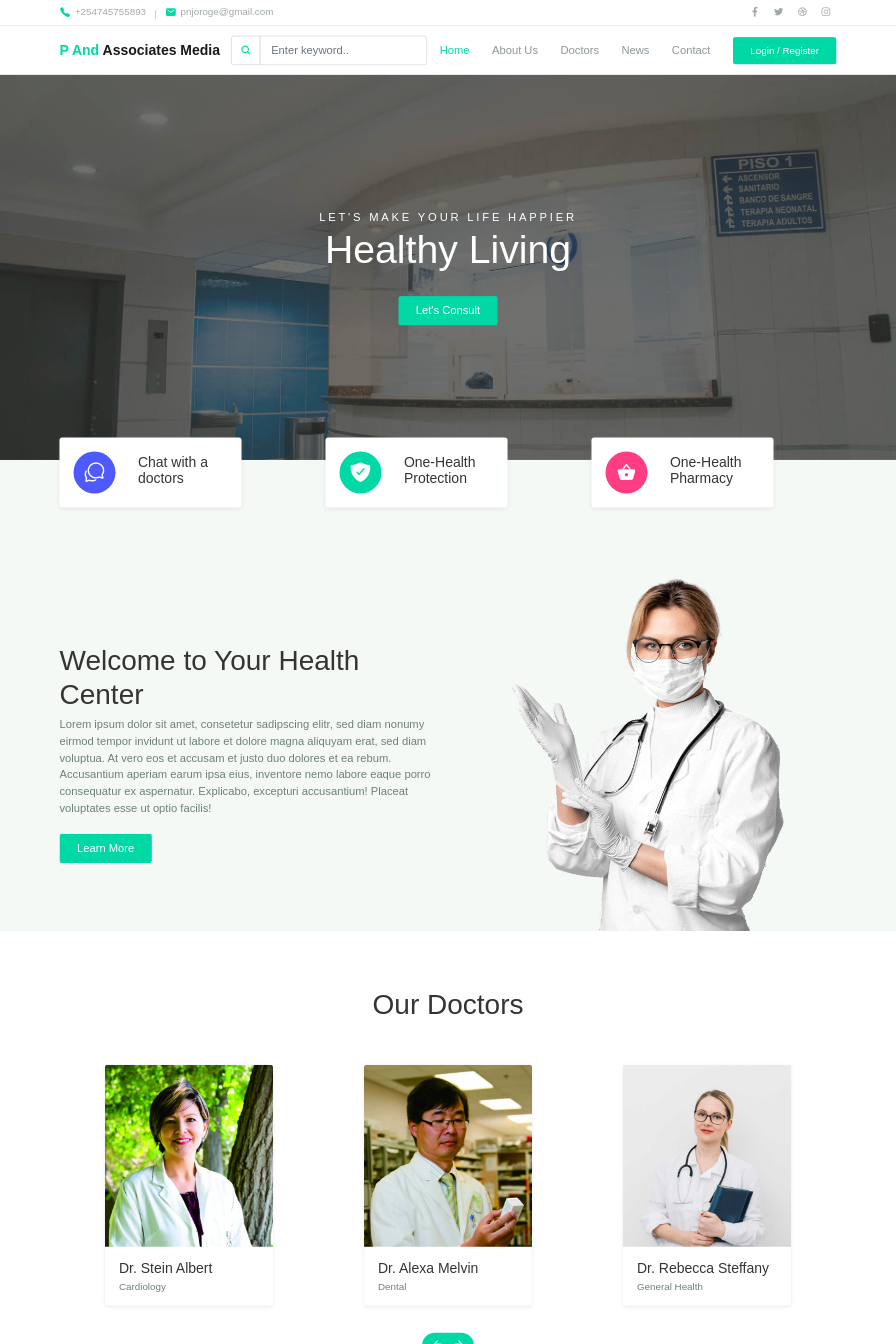
Repository: profbkmurage/myWeb
Page: html/index.html
These files come from the project's save history. The page is drawn as it stood at one moment and after the next save; the edit follows.
The browser window is 1280 px wide. The pictures show the part of the page from y = 0 to 1920 px (the page is 4153 px tall), at 70% of full size.

Above is the page before, as saved 2023-12-10 15:49:22.

### html/index.html
<!DOCTYPE html>
<html lang="en">
<head>
  <meta charset="UTF-8">
  <meta name="viewport" content="width=device-width, initial-scale=1.0">

  <meta http-equiv="X-UA-Compatible" content="ie=edge">

  <title>M&M Website</title>

  <link rel="stylesheet" href="../assets/css/maicons.css">

  <link rel="stylesheet" href="../assets/css/bootstrap.css">

  <link rel="stylesheet" href="../assets/vendor/owl-carousel/css/owl.carousel.css">

  <link rel="stylesheet" href="../assets/vendor/animate/animate.css">

  <link rel="stylesheet" href="../assets/css/theme.css">
</head>
<body>

  <!-- Back to top button -->
  <div class="back-to-top"></div>

  <header>
    <div class="topbar">
      <div class="container">
        <div class="row">
          <div class="col-sm-8 text-sm">
            <div class="site-info">
              <a href="tel:0745755893" ><span class="mai-call text-primary"></span> +254745755893</a>
              <span class="divider">|</span>
              <a href="#"><span class="mai-mail text-primary"></span> pnjoroge@gmail.com</a>
            </div>
          </div>
          <div class="col-sm-4 text-right text-sm">
            <div class="social-mini-button">
              <a href="#"><span class="mai-logo-facebook-f"></span></a>
              <a href="#"><span class="mai-logo-twitter"></span></a>
              <a href="#"><span class="mai-logo-dribbble"></span></a>
              <a href="#"><span class="mai-logo-instagram"></span></a>
            </div>
          </div>
        </div> <!-- .row -->
      </div> <!-- .container -->
    </div> <!-- .topbar -->

    <nav class="navbar navbar-expand-lg navbar-light shadow-sm">
      <div class="container">
        <a class="navbar-brand" href="#"><span class="text-primary">P And</span> Associates Media</a>

        <form action="#">
          <div class="input-group input-navbar">
            <div class="input-group-prepend">
              <span class="input-group-text" id="icon-addon1"><span class="mai-search"></span></span>
            </div>
            <input type="text" class="form-control" placeholder="Enter keyword.." aria-label="Username" aria-describedby="icon-addon1">
          </div>
        </form>

        <button class="navbar-toggler" type="button" data-toggle="collapse" data-target="#navbarSupport" aria-controls="navbarSupport" aria-expanded="false" aria-label="Toggle navigation">
          <span class="navbar-toggler-icon"></span>
        </button>

        <div class="collapse navbar-collapse" id="navbarSupport">
          <ul class="navbar-nav ml-auto">
            <li class="nav-item active">
              <a class="nav-link" href="index.html">Home</a>
            </li>
            <li class="nav-item">
              <a class="nav-link" href="about.html">About Us</a>
            </li>
            <li class="nav-item">
              <a class="nav-link" href="doctors.html">Doctors</a>
            </li>
            <li class="nav-item">
              <a class="nav-link" href="blog.html">News</a>
            </li>
            <li class="nav-item">
              <a class="nav-link" href="contact.html">Contact</a>
            </li>
            <li class="nav-item">
              <a class="btn btn-primary ml-lg-3" href="#">Login / Register</a>
            </li>
          </ul>
        </div> <!-- .navbar-collapse -->
      </div> <!-- .container -->
    </nav>
  </header>

  <div class="page-hero bg-image overlay-dark" style="background-image: url(../assets/img/bg_image_1.jpg);">
    <div class="hero-section">
      <div class="container text-center wow zoomIn">
        <span class="subhead">Let's make your life happier</span>
        <h1 class="display-4">Healthy Living</h1>
        <a href="#" class="btn btn-primary">Let's Consult</a>
      </div>
    </div>
  </div>


  <div class="bg-light">
    <div class="page-section py-3 mt-md-n5 custom-index">
      <div class="container">
        <div class="row justify-content-center">
          <div class="col-md-4 py-3 py-md-0">
            <div class="card-service wow fadeInUp">
              <div class="circle-shape bg-secondary text-white">
                <span class="mai-chatbubbles-outline"></span>
              </div>
              <p><span>Chat</span> with a doctors</p>
            </div>
          </div>
          <div class="col-md-4 py-3 py-md-0">
            <div class="card-service wow fadeInUp">
              <div class="circle-shape bg-primary text-white">
                <span class="mai-shield-checkmark"></span>
              </div>
              <p><span>One</span>-Health Protection</p>
            </div>
          </div>
          <div class="col-md-4 py-3 py-md-0">
            <div class="card-service wow fadeInUp">
              <div class="circle-shape bg-accent text-white">
                <span class="mai-basket"></span>
              </div>
              <p><span>One</span>-Health Pharmacy</p>
            </div>
          </div>
        </div>
      </div>
    </div> <!-- .page-section -->

    <div class="page-section pb-0">
      <div class="container">
        <div class="row align-items-center">
          <div class="col-lg-6 py-3 wow fadeInUp">
            <h1>Welcome to Your Health <br> Center</h1>
            <p class="text-grey mb-4">Lorem ipsum dolor sit amet, consetetur sadipscing elitr, sed diam nonumy eirmod tempor invidunt ut labore et dolore magna aliquyam erat, sed diam voluptua. At vero eos et accusam et justo duo dolores et ea rebum. Accusantium aperiam earum ipsa eius, inventore nemo labore eaque porro consequatur ex aspernatur. Explicabo, excepturi accusantium! Placeat voluptates esse ut optio facilis!</p>
            <a href="about.html" class="btn btn-primary">Learn More</a>
          </div>
          <div class="col-lg-6 wow fadeInRight" data-wow-delay="400ms">
            <div class="img-place custom-img-1">
              <img src="../assets/img/bg-doctor.png" alt="">
            </div>
          </div>
        </div>
      </div>
    </div> <!-- .bg-light -->
  </div> <!-- .bg-light -->

  <div class="page-section">
    <div class="container">
      <h1 class="text-center mb-5 wow fadeInUp">Our Doctors</h1>

      <div class="owl-carousel wow fadeInUp" id="doctorSlideshow">
        <div class="item">
          <div class="card-doctor">
            <div class="header">
              <img src="../assets/img/doctors/doctor_1.jpg" alt="">
              <div class="meta">
                <a href="#"><span class="mai-call"></span></a>
                <a href="#"><span class="mai-logo-whatsapp"></span></a>
              </div>
            </div>
            <div class="body">
              <p class="text-xl mb-0">Dr. Stein Albert</p>
              <span class="text-sm text-grey">Cardiology</span>
            </div>
          </div>
        </div>
        <div class="item">
          <div class="card-doctor">
            <div class="header">
              <img src="../assets/img/doctors/doctor_2.jpg" alt="">
              <div class="meta">
                <a href="#"><span class="mai-call"></span></a>
                <a href="#"><span class="mai-logo-whatsapp"></span></a>
              </div>
            </div>
            <div class="body">
              <p class="text-xl mb-0">Dr. Alexa Melvin</p>
              <span class="text-sm text-grey">Dental</span>
            </div>
          </div>
        </div>
        <div class="item">
          <div class="card-doctor">
            <div class="header">
              <img src="../assets/img/doctors/doctor_3.jpg" alt="">
              <div class="meta">
                <a href="#"><span class="mai-call"></span></a>
                <a href="#"><span class="mai-logo-whatsapp"></span></a>
              </div>
            </div>
            <div class="body">
              <p class="text-xl mb-0">Dr. Rebecca Steffany</p>
              <span class="text-sm text-grey">General Health</span>
            </div>
          </div>
        </div>
        <div class="item">
          <div class="card-doctor">
            <div class="header">
              <img src="../assets/img/doctors/doctor_3.jpg" alt="">
              <div class="meta">
                <a href="#"><span class="mai-call"></span></a>
                <a href="#"><span class="mai-logo-whatsapp"></span></a>
              </div>
            </div>
            <div class="body">
              <p class="text-xl mb-0">Dr. Rebecca Steffany</p>
              <span class="text-sm text-grey">General Health</span>
            </div>
          </div>
        </div>
        <div class="item">
          <div class="card-doctor">
            <div class="header">
              <img src="../assets/img/doctors/doctor_3.jpg" alt="">
              <div class="meta">
                <a href="#"><span class="mai-call"></span></a>
                <a href="#"><span class="mai-logo-whatsapp"></span></a>
              </div>
            </div>
            <div class="body">
              <p class="text-xl mb-0">Dr. Rebecca Steffany</p>
              <span class="text-sm text-grey">General Health</span>
            </div>
          </div>
        </div>
      </div>
    </div>
  </div>

  <div class="page-section bg-light">
    <div class="container">
      <h1 class="text-center wow fadeInUp">Latest News</h1>
      <div class="row mt-5">
        <div class="col-lg-4 py-2 wow zoomIn">
          <div class="card-blog">
            <div class="header">
              <div class="post-category">
                <a href="#">Covid19</a>
              </div>
              <a href="blog-details.html" class="post-thumb">
                <img src="../assets/img/blog/blog_1.jpg" alt="">
              </a>
            </div>
            <div class="body">
              <h5 class="post-title"><a href="blog-details.html">List of Countries without Coronavirus case</a></h5>
              <div class="site-info">
                <div class="avatar mr-2">
                  <div class="avatar-img">
                    <img src="../assets/img/person/person_1.jpg" alt="">
                  </div>
                  <span>Roger Adams</span>
                </div>
                <span class="mai-time"></span> 1 week ago
              </div>
            </div>
          </div>
        </div>
        <div class="col-lg-4 py-2 wow zoomIn">
          <div class="card-blog">
            <div class="header">
              <div class="post-category">
                <a href="#">Covid19</a>
              </div>
              <a href="blog-details.html" class="post-thumb">
                <img src="../assets/img/blog/blog_2.jpg" alt="">
              </a>
            </div>
            <div class="body">
              <h5 class="post-title"><a href="blog-details.html">Recovery Room: News beyond the pandemic</a></h5>
              <div class="site-info">
                <div class="avatar mr-2">
                  <div class="avatar-img">
                    <img src="../assets/img/person/person_1.jpg" alt="">
                  </div>
                  <span>Roger Adams</span>
                </div>
                <span class="mai-time"></span> 4 weeks ago
              </div>
            </div>
          </div>
        </div>
        <div class="col-lg-4 py-2 wow zoomIn">
          <div class="card-blog">
            <div class="header">
              <div class="post-category">
                <a href="#">Covid19</a>
              </div>
              <a href="blog-details.html" class="post-thumb">
                <img src="../assets/img/blog/blog_3.jpg" alt="">
              </a>
            </div>
            <div class="body">
              <h5 class="post-title"><a href="blog-details.html">What is the impact of eating too much sugar?</a></h5>
              <div class="site-info">
                <div class="avatar mr-2">
                  <div class="avatar-img">
                    <img src="../assets/img/person/person_2.jpg" alt="">
                  </div>
                  <span>Diego Simmons</span>
                </div>
                <span class="mai-time"></span> 2 months ago
              </div>
            </div>
          </div>
        </div>

        <div class="col-12 text-center mt-4 wow zoomIn">
          <a href="blog.html" class="btn btn-primary">Read More</a>
        </div>

      </div>
    </div>
  </div> <!-- .page-section -->

  <div class="page-section">
    <div class="container">
      <h1 class="text-center wow fadeInUp">Make an Appointment</h1>

      <form class="main-form">
        <div class="row mt-5 ">
          <div class="col-12 col-sm-6 py-2 wow fadeInLeft">
            <input type="text" class="form-control" placeholder="Full name">
          </div>
          <div class="col-12 col-sm-6 py-2 wow fadeInRight">
            <input type="text" class="form-control" placeholder="Email address..">
          </div>
          <div class="col-12 col-sm-6 py-2 wow fadeInLeft" data-wow-delay="300ms">
            <input type="date" class="form-control">
          </div>
          <div class="col-12 col-sm-6 py-2 wow fadeInRight" data-wow-delay="300ms">
            <select name="departement" id="departement" class="custom-select">
              <option value="general">General Health</option>
              <option value="cardiology">Cardiology</option>
              <option value="dental">Dental</option>
              <option value="neurology">Neurology</option>
              <option value="orthopaedics">Orthopaedics</option>
            </select>
          </div>
          <div class="col-12 py-2 wow fadeInUp" data-wow-delay="300ms">
            <input type="text" class="form-control" placeholder="Number..">
          </div>
          <div class="col-12 py-2 wow fadeInUp" data-wow-delay="300ms">
            <textarea name="message" id="message" class="form-control" rows="6" placeholder="Enter message.."></textarea>
          </div>
        </div>

        <button type="submit" class="btn btn-primary mt-3 wow zoomIn">Submit Request</button>
      </form>
    </div>
  </div> <!-- .page-section -->

  <div class="page-section banner-home bg-image" style="background-image: url(../assets/img/banner-pattern.svg);">
    <div class="container py-5 py-lg-0">
      <div class="row align-items-center">
        <div class="col-lg-4 wow zoomIn">
          <div class="img-banner d-none d-lg-block">
            <img src="../assets/img/mobile_app.png" alt="">
          </div>
        </div>
        <div class="col-lg-8 wow fadeInRight">
          <h1 class="font-weight-normal mb-3">Get easy access of all features using One Health Application</h1>
          <a href="#"><img src="../assets/img/google_play.svg" alt=""></a>
          <a href="#" class="ml-2"><img src="../assets/img/app_store.svg" alt=""></a>
        </div>
      </div>
    </div>
  </div> <!-- .banner-home -->

  <footer class="page-footer">
    <div class="container">
      <div class="row px-md-3">
        <div class="col-sm-6 col-lg-3 py-3">
          <h5>Company</h5>
          <ul class="footer-menu">
            <li><a href="#">About Us</a></li>
            <li><a href="#">Career</a></li>
            <li><a href="#">Editorial Team</a></li>
            <li><a href="#">Protection</a></li>
          </ul>
        </div>
        <div class="col-sm-6 col-lg-3 py-3">
          <h5>More</h5>
          <ul class="footer-menu">
            <li><a href="#">Terms & Condition</a></li>
            <li><a href="#">Privacy</a></li>
            <li><a href="#">Advertise</a></li>
            <li><a href="#">Join as Doctors</a></li>
          </ul>
        </div>
        <div class="col-sm-6 col-lg-3 py-3">
          <h5>Our partner</h5>
          <ul class="footer-menu">
            <li><a href="#">One-Fitness</a></li>
            <li><a href="#">One-Drugs</a></li>
            <li><a href="#">One-Live</a></li>
          </ul>
        </div>
        <div class="col-sm-6 col-lg-3 py-3">
          <h5>Contact</h5>
          <p class="footer-link mt-2">351 Willow Street Franklin, MA 02038</p>
          <a href="#" class="footer-link">701-573-7582</a>
          <a href="#" class="footer-link">healthcare@temporary.net</a>

          <h5 class="mt-3">Social Media</h5>
          <div class="footer-sosmed mt-3">
            <a href="#" target="_blank"><span class="mai-logo-facebook-f"></span></a>
            <a href="#" target="_blank"><span class="mai-logo-twitter"></span></a>
            <a href="#" target="_blank"><span class="mai-logo-google-plus-g"></span></a>
            <a href="#" target="_blank"><span class="mai-logo-instagram"></span></a>
            <a href="#" target="_blank"><span class="mai-logo-linkedin"></span></a>
          </div>
        </div>
      </div>

      <hr>

      <p id="copyright">Copyright &copy; 2020 <a href="https://macodeid.com/" target="_blank">MACode ID</a>. All right reserved</p>
    </div>
  </footer>

<script src="../assets/js/jquery-3.5.1.min.js"></script>

<script src="../assets/js/bootstrap.bundle.min.js"></script>

<script src="../assets/vendor/owl-carousel/js/owl.carousel.min.js"></script>

<script src="../assets/vendor/wow/wow.min.js"></script>

<script src="../assets/js/theme.js"></script>

</body>
</html>

Loaded but not shown: assets/css/bootstrap.css (library); assets/vendor/owl-carousel/css/owl.carousel.css (library); assets/vendor/animate/animate.css (library); assets/js/jquery-3.5.1.min.js (library); assets/js/bootstrap.bundle.min.js (library); assets/vendor/owl-carousel/js/owl.carousel.min.js (library); assets/vendor/wow/wow.min.js (library); assets/js/theme.js (65 lines, source omitted); assets/css/maicons.css (2634 lines, source omitted); assets/css/theme.css (1836 lines, source omitted)

After the next save:
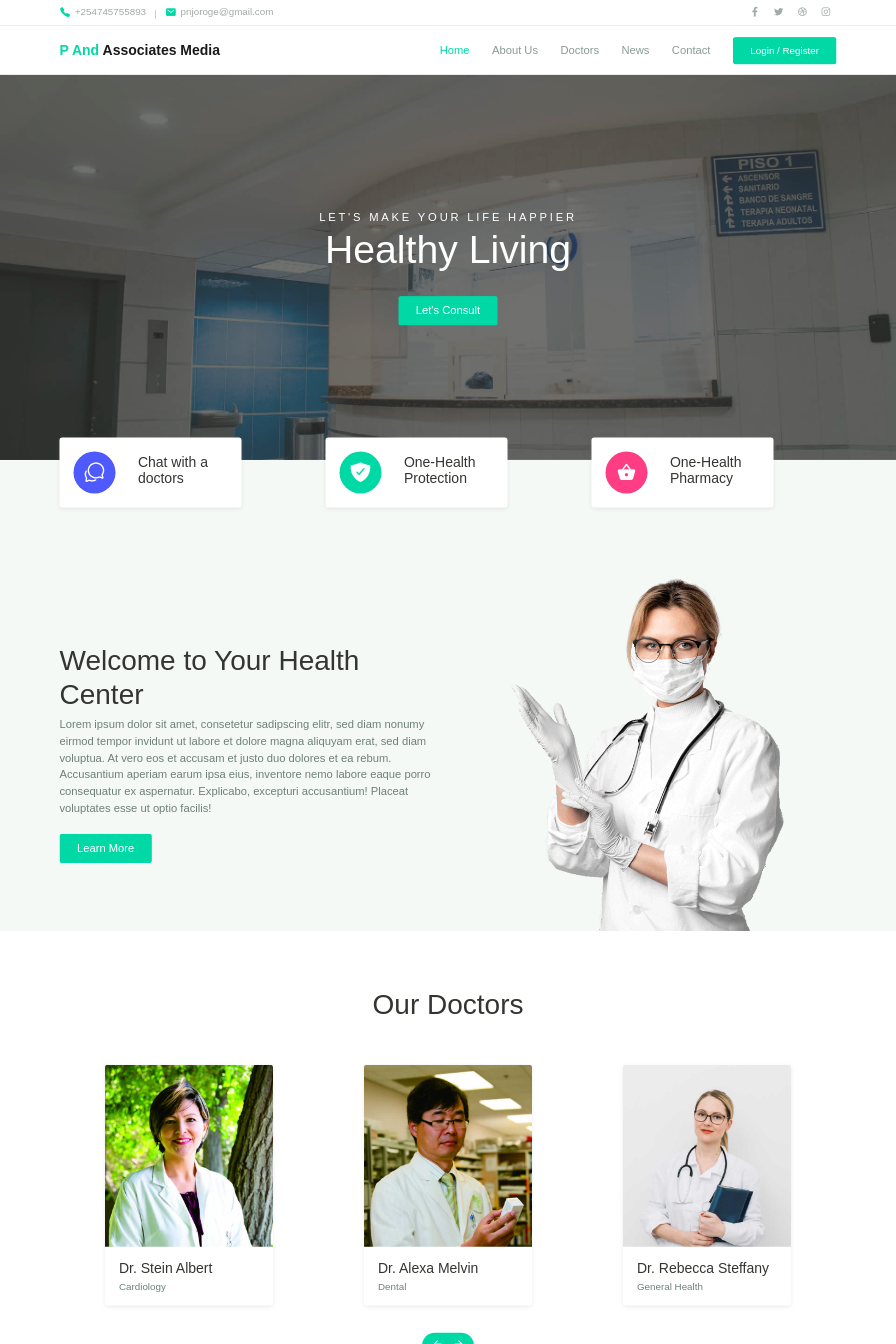
Saved 38 s later.
--- a/html/index.html
+++ b/html/index.html
@@ -50,14 +50,14 @@
       <div class="container">
         <a class="navbar-brand" href="#"><span class="text-primary">P And</span> Associates Media</a>
 
-        <form action="#">
+        <!-- <form action="#">
           <div class="input-group input-navbar">
             <div class="input-group-prepend">
               <span class="input-group-text" id="icon-addon1"><span class="mai-search"></span></span>
             </div>
             <input type="text" class="form-control" placeholder="Enter keyword.." aria-label="Username" aria-describedby="icon-addon1">
           </div>
-        </form>
+        </form> -->
 
         <button class="navbar-toggler" type="button" data-toggle="collapse" data-target="#navbarSupport" aria-controls="navbarSupport" aria-expanded="false" aria-label="Toggle navigation">
           <span class="navbar-toggler-icon"></span>
